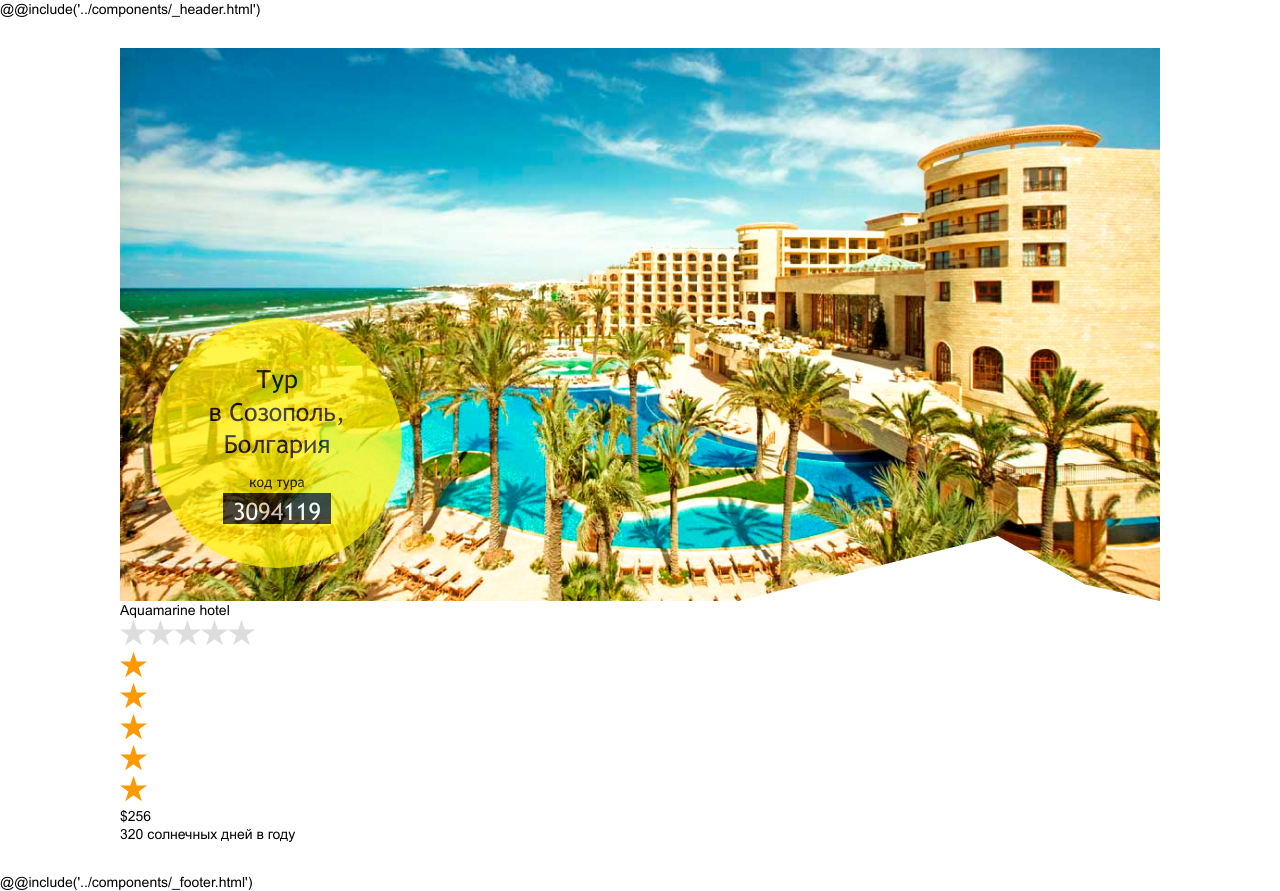
Repository: chekhunov/suntour
Page: app/html/pages/index.html
The author's editor kept a copy of each file at every save. The page is drawn from the files as they stood at one save, then again after the next save.
The browser window is 1280 px wide. The pictures show the whole page.
Some web fonts or font styles are not loaded; a fallback is used. The style sheet was rebuilt from its Sass, Less or Tailwind sources for each picture, by a compiler version that may differ from the author's.

Above is the page before, as saved 2021-03-04 13:45:05.

After the next save:
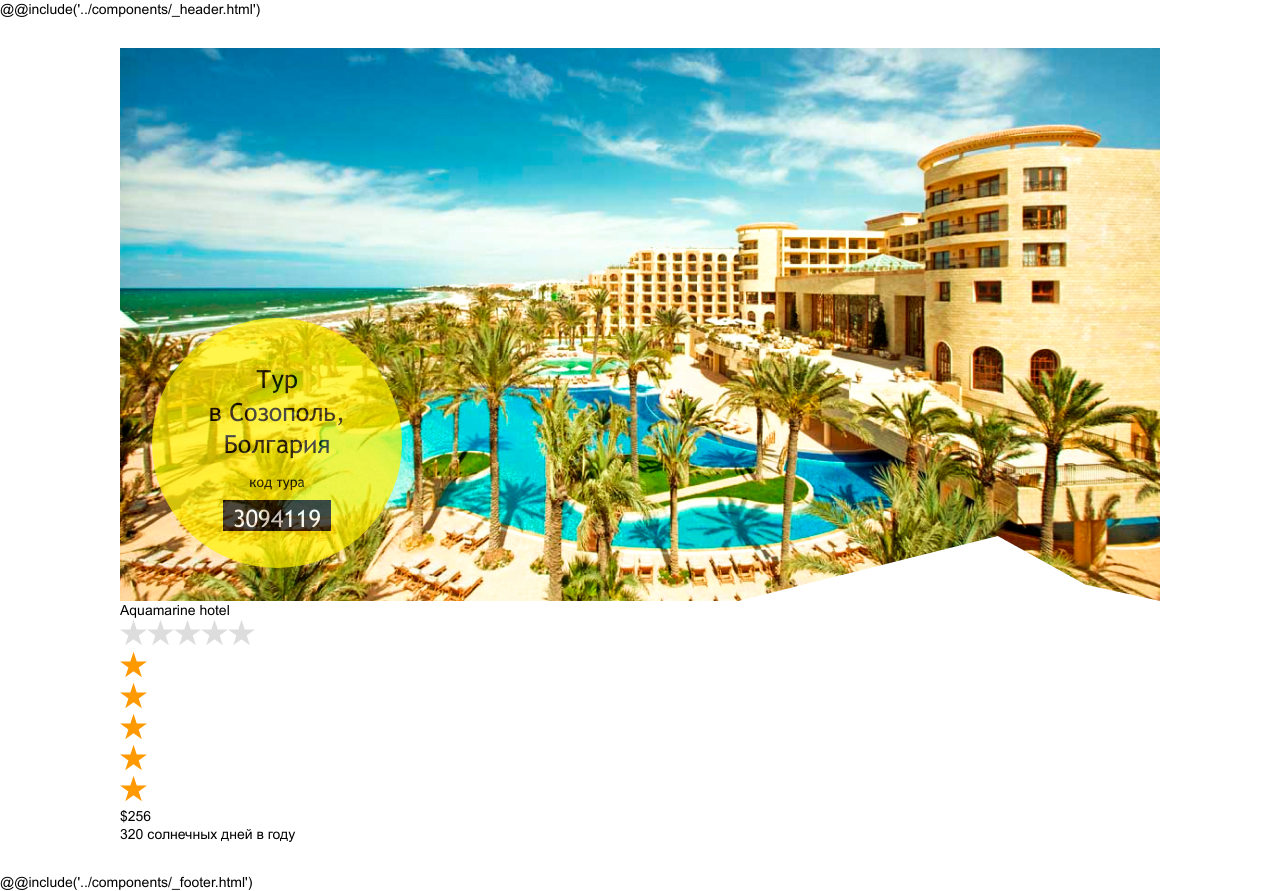
Saved 39 s later.
--- a/app/scss/components/_card-hotel.scss
+++ b/app/scss/components/_card-hotel.scss
@@ -47,6 +47,10 @@
     font-size: 14px;
   }
 
+  &__label {
+    padding-bottom: 7px;
+  }
+
   &__code {
     width: 108px;
     height: 31px;
